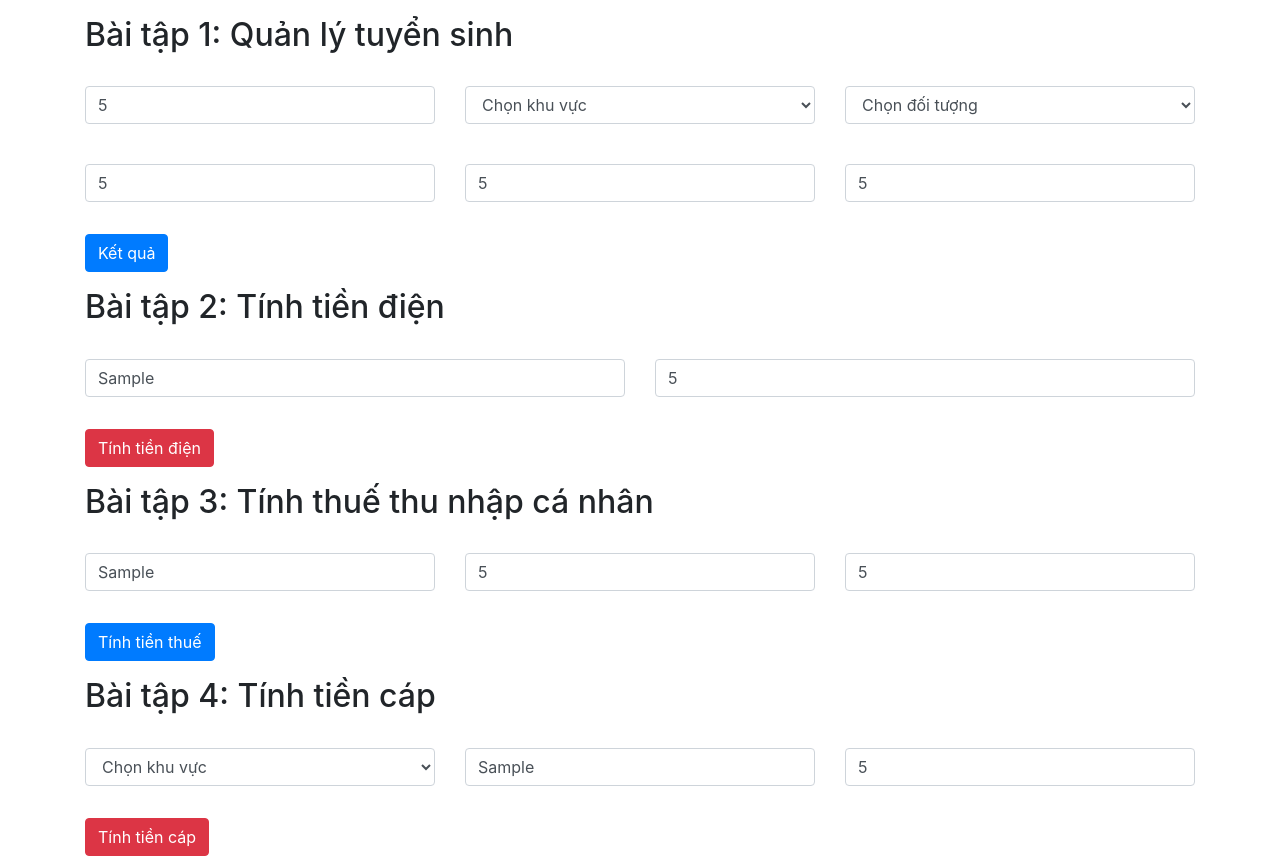
Repository: thanhfrankie/BC10-LeMinhThanh-Js-b5
Page: index.html
These files come from the project's save history. The page is drawn as it stood at one moment and after the next save; the edit follows.
The browser window is 1280 px wide. The pictures show the whole page.
Empty fields were first filled with sample values (such as "Sample", 5 or name@example.com).
After loading, the first visible `button.btn-danger` was clicked once.

Above is the page before, as saved 2023-12-15 21:25:27.

After the next save:
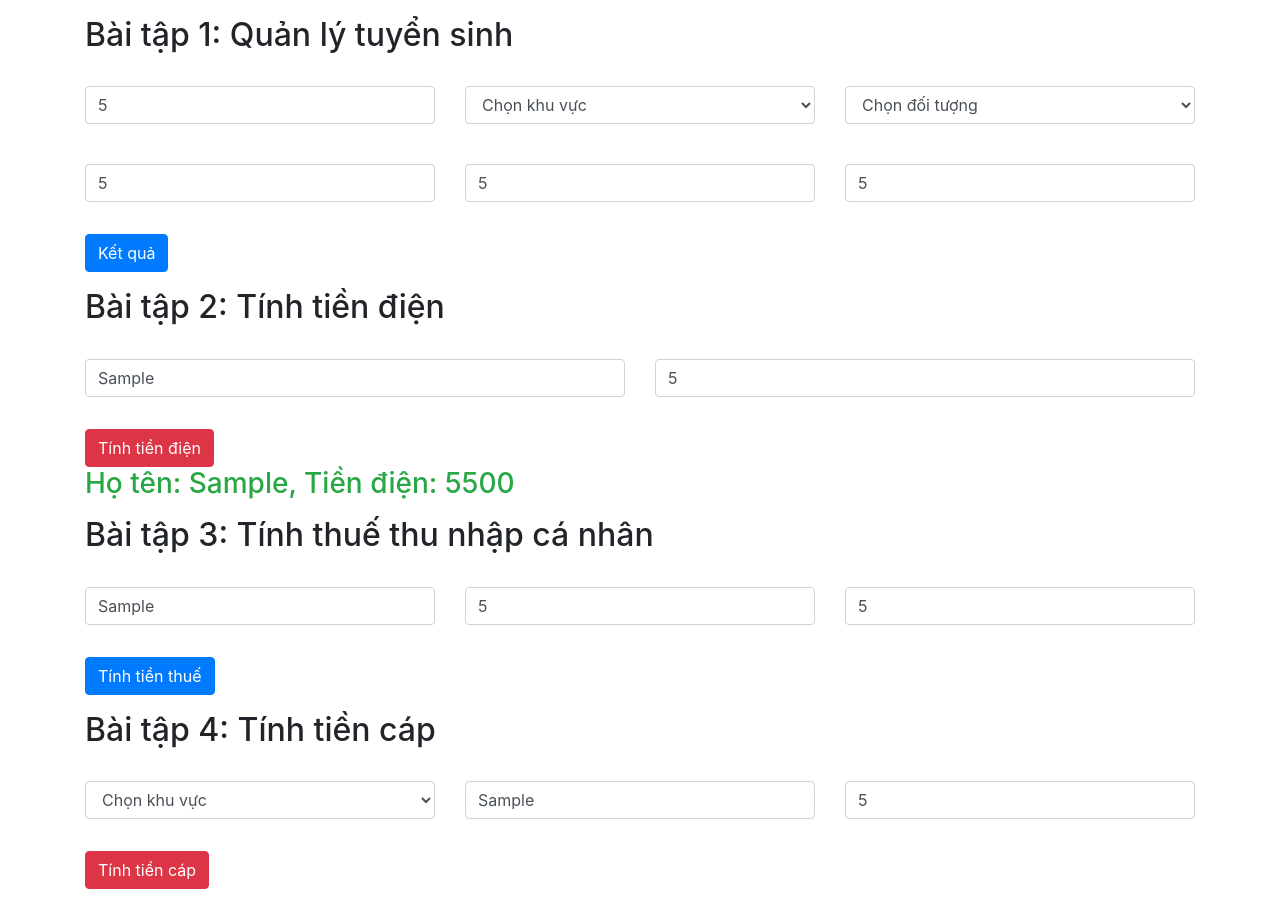
Saved 5 s later.
--- a/index.js
+++ b/index.js
@@ -190,27 +190,27 @@ function tinhTienDien() {
   var soKw = document.getElementById("so-kw").value * 1;
   var ketQua = document.getElementById("thong-tin-hoa-don");
   var tienPhaiTra;
-//   if (soKw <= 50) {
-//       tienPhaiTra = soKw * 500;
-//     ketQua.innerText = `Họ tên: ${hoTen}, Tiền điện: ${tienPhaiTra}`;
-//   }
-//   if (50 < soKw <= 100) {
-//     tienPhaiTra = soKw * 650;
-//       ketQua.innerText = `Họ tên: ${hoTen}, Tiền điện: ${tienPhaiTra}`;
-//   }
-//   if (100 < soKw <= 200) {
-//     tienPhaiTra = soKw * 850;
-//     ketQua.innerText = `Họ tên: ${hoTen}, Tiền điện: ${tienPhaiTra}`;
-//   }
-//   if (200 < soKw <= 350) {
-//     tienPhaiTra = soKw * 1100;
-//       ketQua.innerText = `Họ tên: ${hoTen}, Tiền điện: ${tienPhaiTra}`;
-
-//   }
-//   if (soKw > 350) {
-//     tienPhaiTra = soKw * 1300;
-//       ketQua.innerText = `Họ tên: ${hoTen}, Tiền điện: ${tienPhaiTra}`;
-    //   }
+  if (soKw <= 50) {
+      tienPhaiTra = soKw * 500;
+    ketQua.innerText = `Họ tên: ${hoTen}, Tiền điện: ${tienPhaiTra}`;
+  }
+  if (50 < soKw <= 100) {
+    tienPhaiTra = soKw * 650;
+      ketQua.innerText = `Họ tên: ${hoTen}, Tiền điện: ${tienPhaiTra}`;
+  }
+  if (100 < soKw <= 200) {
+    tienPhaiTra = soKw * 850;
+    ketQua.innerText = `Họ tên: ${hoTen}, Tiền điện: ${tienPhaiTra}`;
+  }
+  if (200 < soKw <= 350) {
+    tienPhaiTra = soKw * 1100;
+      ketQua.innerText = `Họ tên: ${hoTen}, Tiền điện: ${tienPhaiTra}`;
+
+  }
+  if (soKw > 350) {
+    tienPhaiTra = soKw * 1300;
+      ketQua.innerText = `Họ tên: ${hoTen}, Tiền điện: ${tienPhaiTra}`;
+      }
 
 
 }
